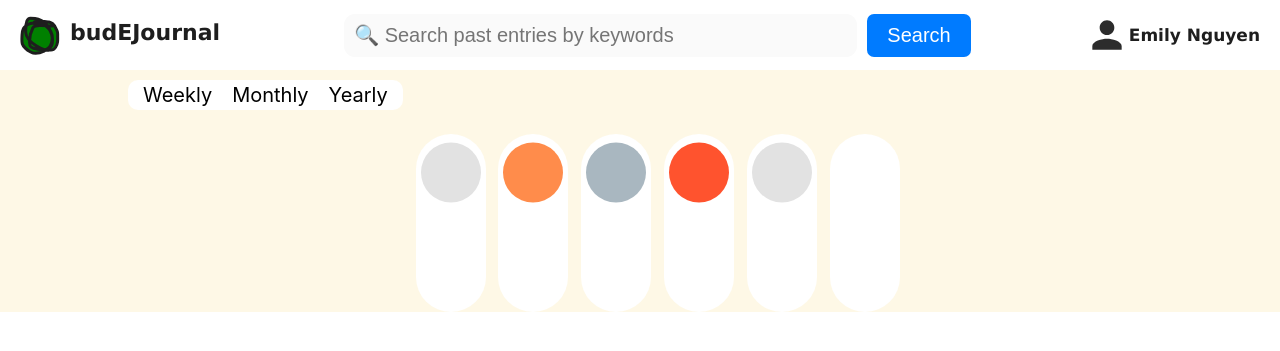
Repository: BaileyLuu/budejournal
Page: /
An editor plug-in stored every save of this project. The page is shown before and after the next save, followed by the edit.
The browser window is 1280 px wide. The pictures show the whole page.
The project was rebuilt for these pictures with package versions that can differ from the ones it lists, and the page was loaded fresh each time. Also part of the build but not shown: src/pages/Home.js.

Above is the page before, as saved 2023-09-16 21:34:33.

After the next save:
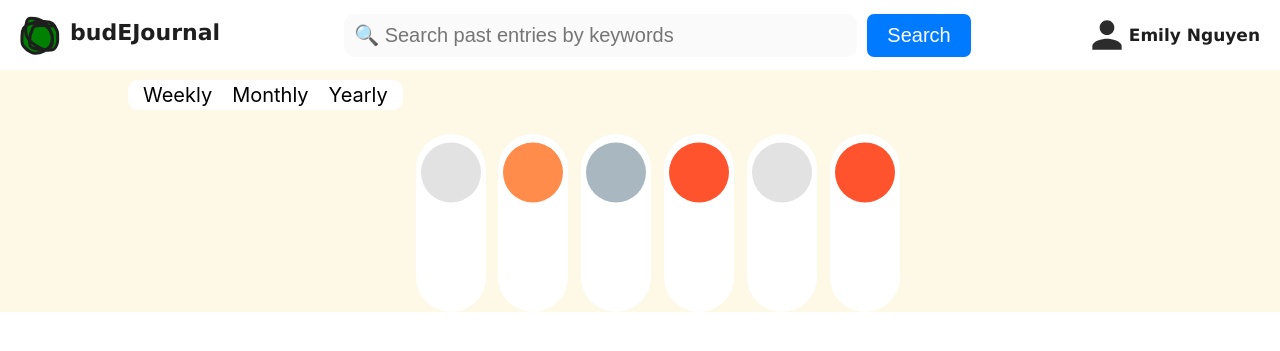
Saved 30 s later.
--- a/src/components/Emoji.js
+++ b/src/components/Emoji.js
@@ -39,7 +39,9 @@
 </svg>
                 </div>
                 <div className="emoji-mood">
-
+                <svg xmlns="http://www.w3.org/2000/svg" width="67" height="67" viewBox="0 0 67 67" fill="none">
+  <circle cx="33.5" cy="33.5" r="33.5" fill="#FF532E"/>
+</svg>
                 </div>
 
                 {/* <div className="mood-weekly">
